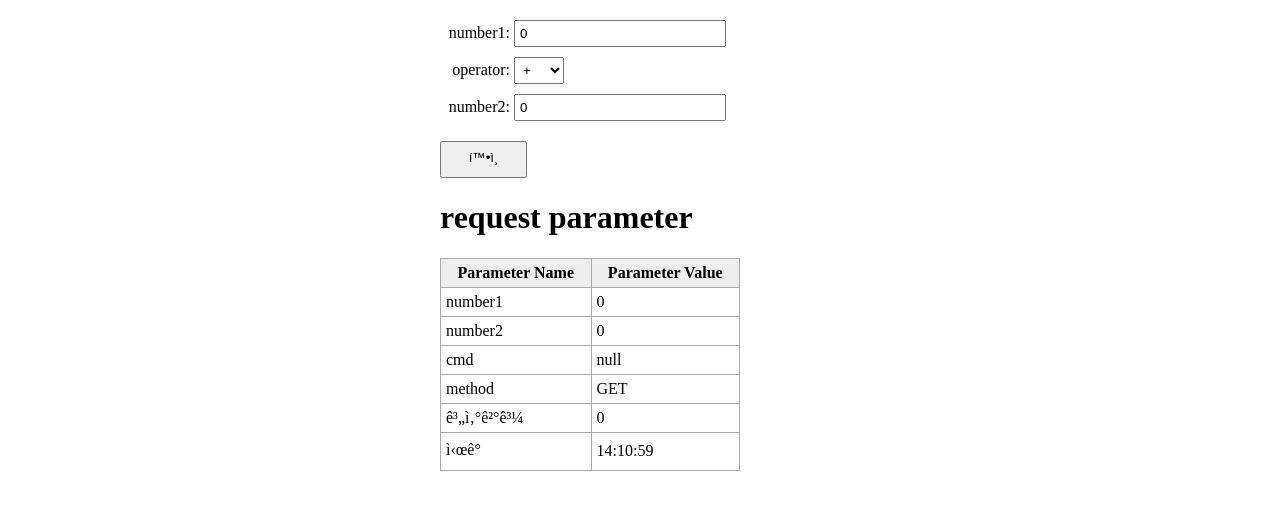
Repository: 5anniversary/JSPhw
Page: http://localhost/lecture1/form01/form1.jsp
These files come from the project's save history. The page is drawn as it stood at one moment and after the next save; the edit follows.
The browser window is 1280 px wide. The pictures show the whole page.
The page is served by Tomcat 9.

Above is the page before, as saved 2020-04-11 11:29:35.

After the next save:
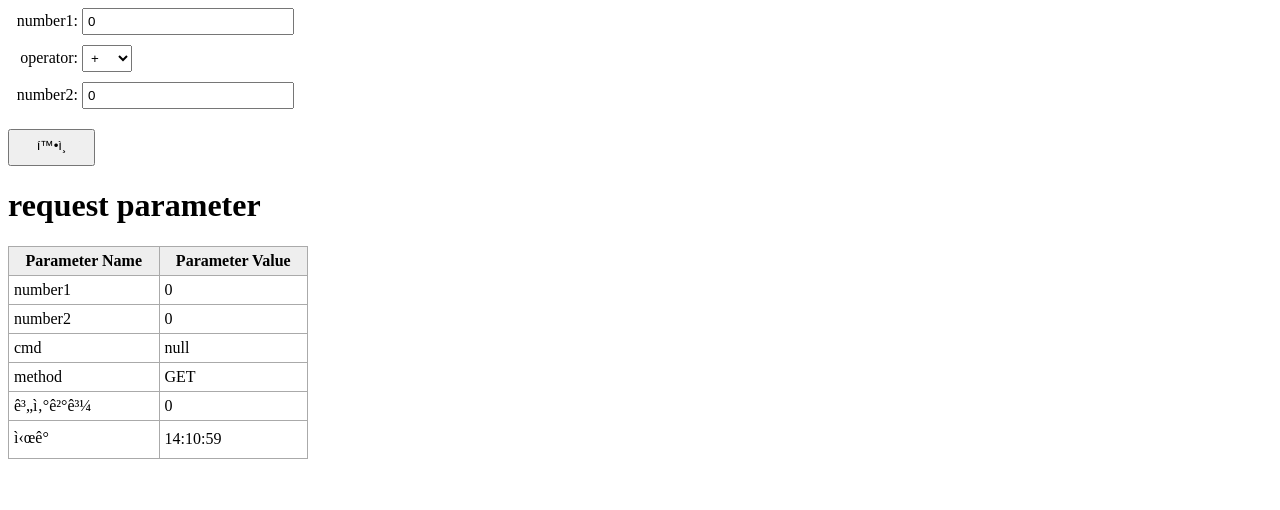
Saved 23 s later.
--- a/lecture1/WebContent/form01/form1.jsp
+++ b/lecture1/WebContent/form01/form1.jsp
@@ -3,10 +3,6 @@
 <head>
 <meta http-equiv="Content-Type" content="text/html; charset=utf-8">
 <style>
-div.container {
-	width: 400px;
-	margin: 20px auto;
-}
 
 form div {
 	margin-bottom: 10px;
@@ -49,7 +45,6 @@ td, th {
 </style>
 </head>
 <body>
-	<div class="container">
 		<form method="get">
 			<div>
 				<label>number1:</label> <input type="text" name="number1" value="0" />
@@ -105,6 +100,5 @@ td, th {
 				</tr>
 			</tbody>
 		</table>
-	</div>
 </body>
 </html>
